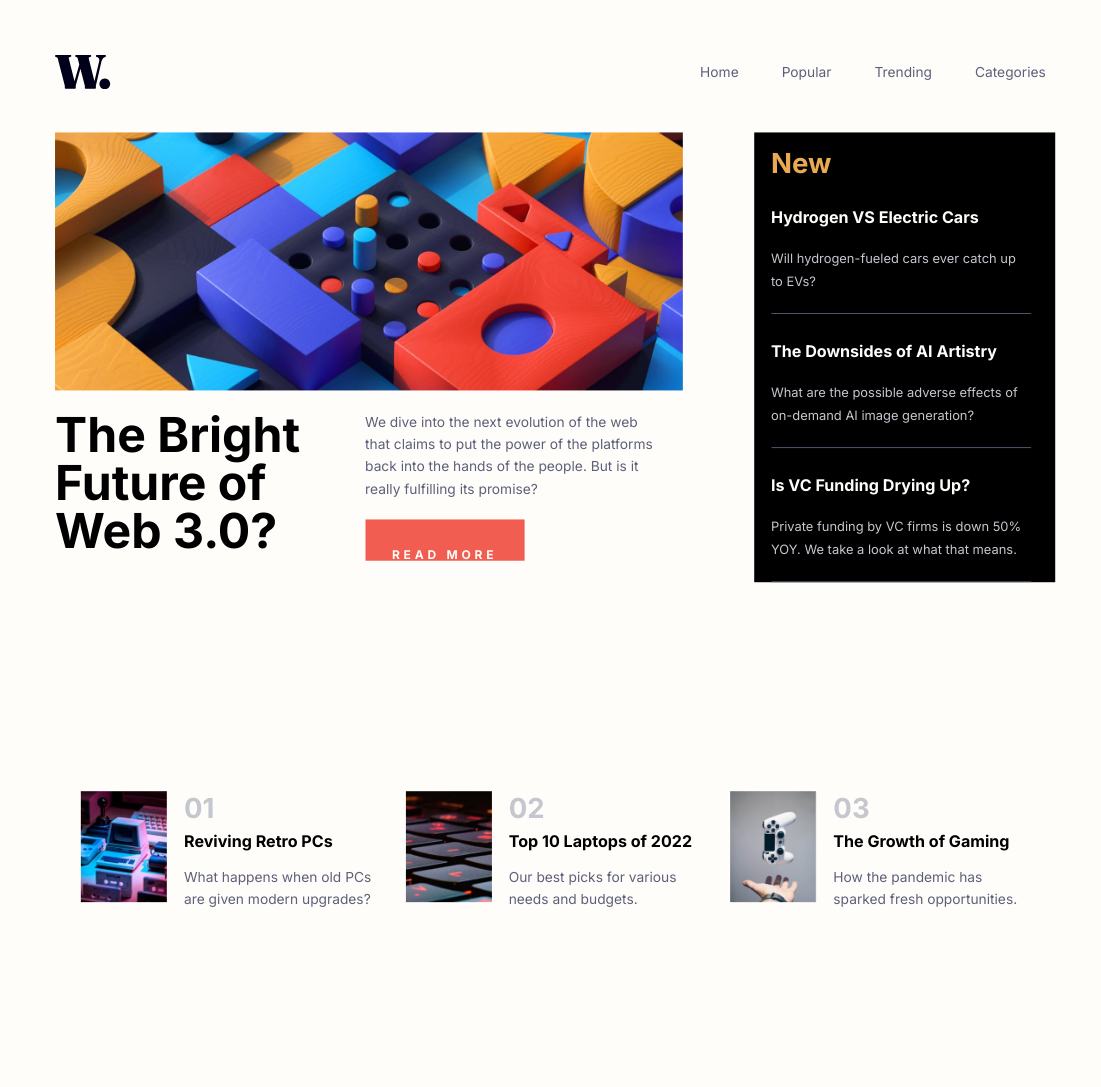
Repository: Arkitecth/news-webpage
Page: index.html
These files come from the project's save history. The page is drawn as it stood at one moment and after the next save; the edit follows.
The browser window is 1280 px wide. The pictures show the whole page, at 86% of full size.

Above is the page before, as saved 2023-06-07 21:14:33.

After the next save:
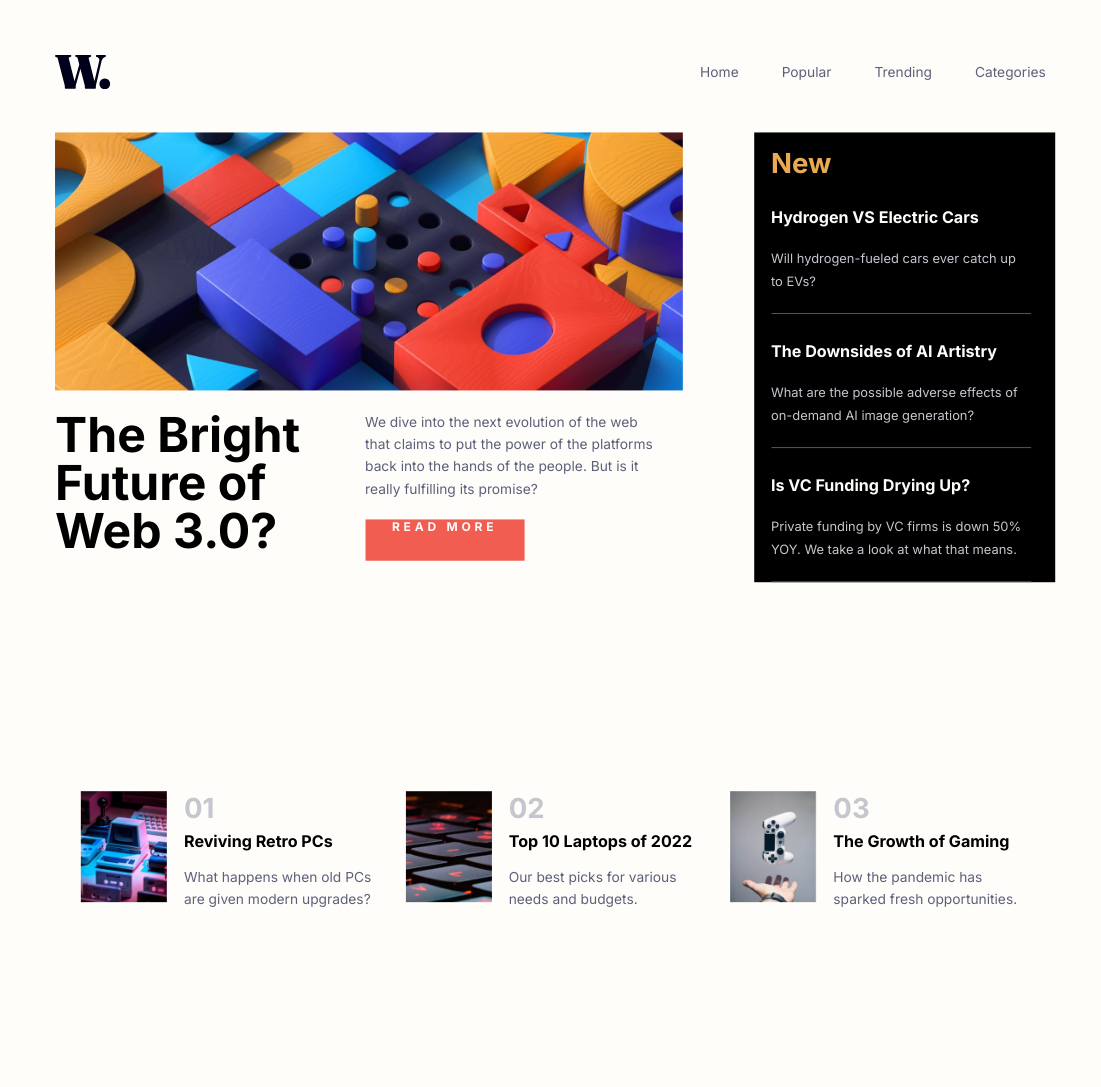
Saved 26 s later.
--- a/style.css
+++ b/style.css
@@ -36,7 +36,6 @@
     font-weight: 700;
     font-size: 14px;
     text-align: center;
-    padding-top: 2rem;
     letter-spacing: 4.38px;
 }
 

After the save that followed:
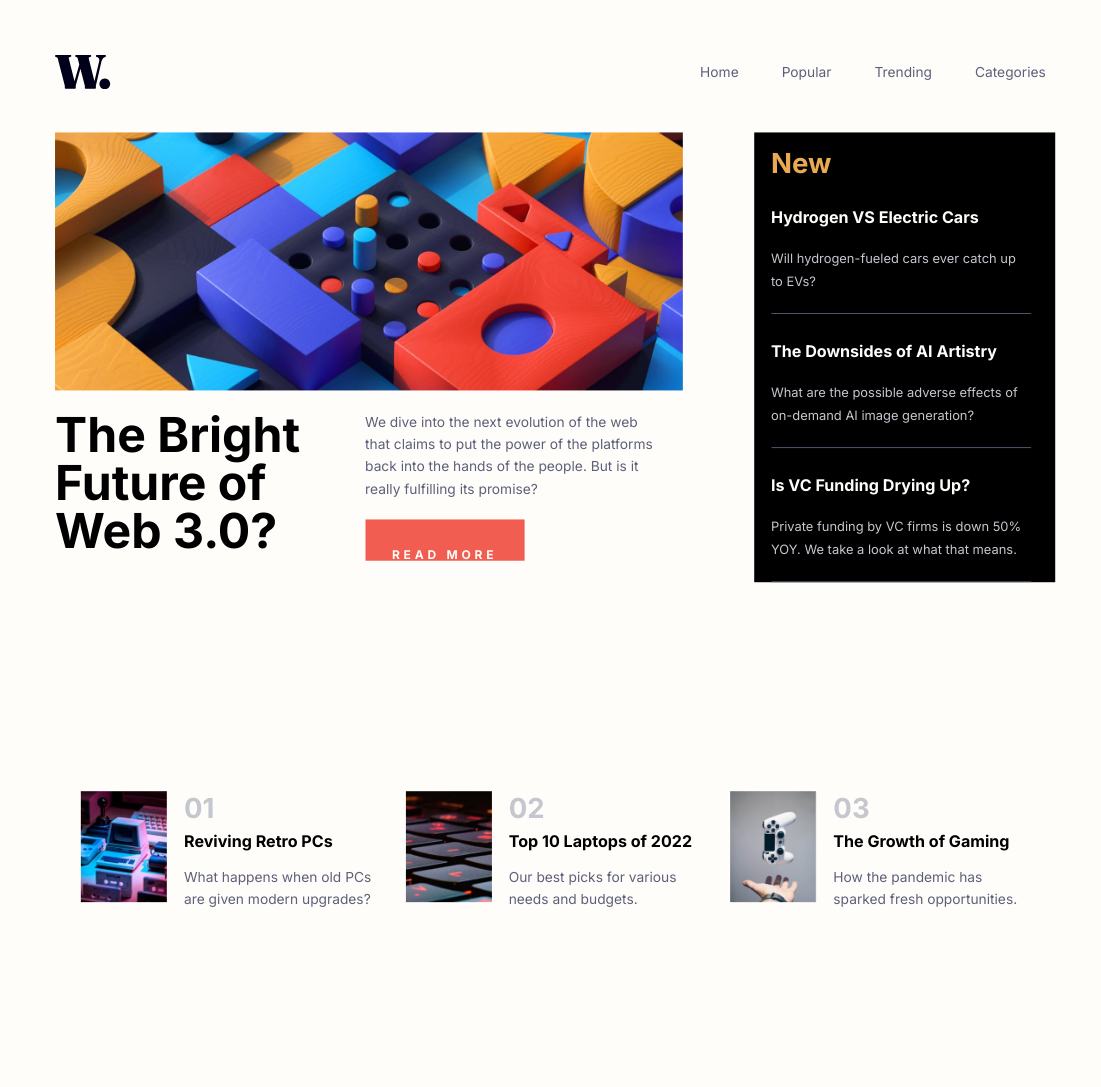
Saved 6 s later.
--- a/style.css
+++ b/style.css
@@ -36,6 +36,7 @@
     font-weight: 700;
     font-size: 14px;
     text-align: center;
+    padding-top: 2rem;
     letter-spacing: 4.38px;
 }
 
